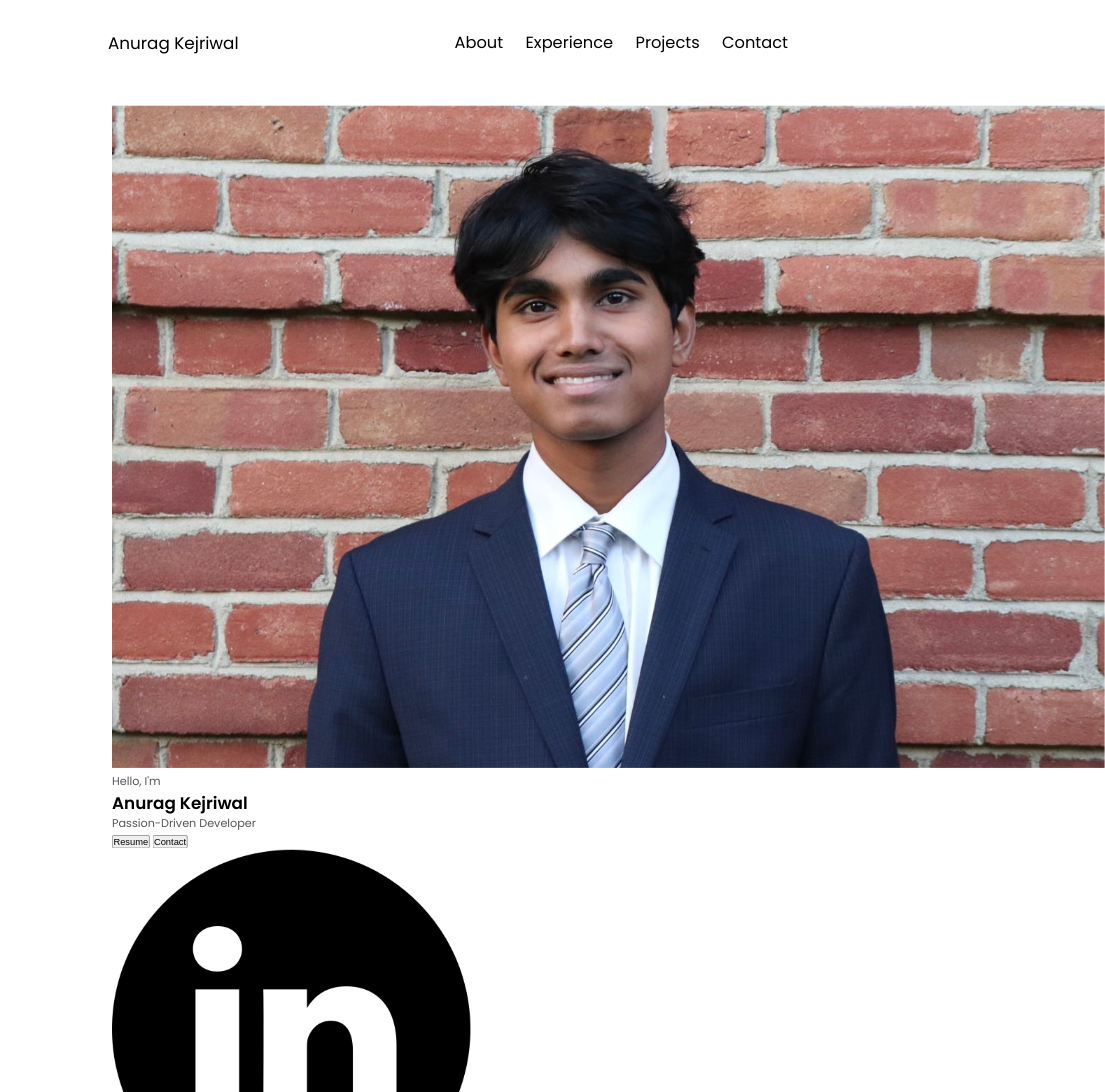
Repository: anuragkej/OldPortfolio
Page: index.html
These files come from the project's save history. The page is drawn as it stood at one moment and after the next save; the edit follows.
The browser window is 1280 px wide. The page is 1578 px wide, then 1280 px, so the pictures cover 1578 px, including what lies to the right of the window. The pictures show the part of the page from y = 0 to 1560 px (the page is 2252 px tall before and 720 px after), at 70% of full size.

Above is the page before, as saved 2024-05-25 21:08:01.

### index.html
<!DOCTYPE html>
<html lang="en">
<head>
    <meta charset="UTF-8">
    <meta name="viewport" content="width=device-width, initial-scale=1.0">
    <title>Personal Portfolio</title>
    <link rel="stylesheet" href="style.css">
    <link rel="stylesheet" href="mediaqueries.css">
</head>
<body>
    <nav id="desktop-nav">
        <div class="logo">Anurag Kejriwal</div>
        <div>
            <ul class="nav-links">
                <li><a href="#about">About</a></li>
                <li><a href="#experience">Experience</a></li>
                <li><a href="#projects">Projects</a></li>
                <li><a href="#contact">Contact</a></li>
            </ul>
        </div>
    </nav>
    <nav id="hamburger-nav">
        <div class="logo">Anurag Kejriwal</div>
        <div class="hamburger-menu">
            <div class="hamburger-icon" onclick="toggleMenu()">
                <span></span>
                <span></span>
                <span></span>
            </div>
            <div class="menu-links">
                <li><a href="#about" onclick="toggleMenu()" >About</a></li>
                <li><a href="#experience" onclick="toggleMenu()">Experience</a></li>
                <li><a href="#projects" onclick="toggleMenu()">Projects</a></li>
                <li><a href="#contact" onclick="toggleMenu()">Contact</a></li>
            </div>
        </div>
    </nav>
    <section id="profile">
        <div class="section_pic-container">
            <img src="./assets/20231026_132825_F9CEAA.jpeg" alt="Anurag Kejriwal profile picture">
        </div>
        <div class="section__text">
            <p class="section__text__p1">Hello, I'm</p>
            <h1 class="title">Anurag Kejriwal</h1>
            <p class="section__text__p2">Passion-Driven Developer</p>
            <div class="btn-container">
                <button class="btn btn-color-2"
                onclick="window.open('./assets/AnuragKejriwalResume_2026.pdf')">Resume</button>
                <button class="btn btn-color-1"
                onclick="location.href='./#contact'">Contact</button>
            </div>
            <div id="socials-container">
                <img src="./assets/linkedin.png" alt="My LinkedIn Profile"
                class ="icon" onclick="location.href='https://linkedin.com/in/anuragkejriwal1/'">
                <img src="./assets/github.png" alt="My Github Profile"
                class ="icon" onclick="location.href='https://github.com/anuragkej'">
            </div>
        </div>
    </section>
    <script src="script.js"></script>

</body>
</html>

### style.css
/* General */

@import url('https://fonts.googleapis.com/css2?family=Poppins:wght@300;400;500;600&display=swap');
*{
    margin: 0;
    padding: 0;
}

body{
    font-family: "Poppins", sans-serif;
}

html{
    scroll-behavior: smooth;
}

p{
    color: rgb(85, 85, 85);
}

/* Transition */
/* all the links, with button*/

a,
.btn{
    transition: all 300ms ease;
}

/*Desktop navigation */

nav, .nav-links {
    display: flex;
}

nav{
    justify-content: space-around;
    align-items: center;
    height: 17vh;
}

.nav-links{
    gap: 2rem;
    list-style: none;
    font-size: 1.45rem;
}

a{
    color: black;
    text-decoration: none;
    text-decoration-color: white;

}

a:hover{
    color: grey;
    text-decoration: underline;
    text-underline-offset: 0.7rem;
    text-decoration-color: rgb(181, 181, 181);
}

.logo{
    font-size: 1.5rem
}

.logo:hover{
    cursor:default;
}

/*Hamburger menu */

#hamburger-nav{
    display: none;
}

.hamburger-menu{
    position: relative;
    display: inline-block;
}

.hamburger-icon{
    display: flex;
    flex-direction: column;
    justify-content: space-between;
    height: 24px;
    width: 30px;
    cursor: pointer;
}

.hamburger-icon span{
    width: 100%;
    height: 2px;
    background-color: black;
    transition: all 0.3 ease-in-out;
}

.menu-links{
    position: absolute;
    top: 100%;
    right: 0%;
    background-color: white;
    width: fit-content;
    max-height: 0;
    overflow: hidden;
    transition: all 0.3 ease-in-out;
}

.menu-links a{
    display: block;
    padding: 10px;
    text-align: center;
    font-size: 1.5rem;
    color:black;
    text-decoration: none;
    transition: all 0.3 ease-in-out;

}

.menu-links li{
    list-style: none;
}

.menu-links.open{
    max-height: 300px;
}

.hamburger-icon.open span:first-child{
    transform: rotate(45deg) translate(10px, 5px);
}
.hamburger-icon.open span:nth-child(2){
    opacity: 0;
}
.hamburger-icon.open span:last-child{
    transform: rotate(-45deg) translate(10px, -5px);
}

.hamburger-icon span:first-child{
    transform: none;
}
.hamburger-icon span:first-child{
    opacity: 1;
}
.hamburger-icon span:first-child{
    transform: none;
}

/*Sections*/

section{
    padding-top: 4vh;
    height: 96vh;
    margin: 0 10rem;
    box-sizing: border-box;
    min-height: fit-content;
}
/* General */

@import url('https://fonts.googleapis.com/css2?family=Poppins:wght@300;400;500;600&display=swap');
*{
    margin: 0;
    padding: 0;
}

body{
    font-family: "Poppins", sans-serif;
}

html{
    scroll-behavior: smooth;
}

p{
    color: rgb(85, 85, 85);
}

/* Transition */
/* all the links, with button*/

a,
.btn{
    transition: all 300ms ease;
}

/*Desktop navigation */

nav, .nav-links {
    display: flex;
}

nav{
    justify-content: space-around;
    align-items: center;
    height: 17vh;
}

.nav-links{
    gap: 2rem;
    list-style: none;
    font-size: 1.45rem;
}

a{
    color: black;
    text-decoration: none;
    text-decoration-color: white;

}

a:hover{
    color: grey;
    text-decoration: underline;
    text-underline-offset: 0.7rem;
    text-decoration-color: rgb(181, 181, 181);
}

.logo{
    font-size: 1.5rem
}

.logo:hover{
    cursor:default;
}

/*Hamburger menu */

#hamburger-nav{
    display: none;
}

.hamburger-menu{
    position: relative;
    display: inline-block;
}

.hamburger-icon{
    display: flex;
    flex-direction: column;
    justify-content: space-between;
    height: 24px;
    width: 30px;
    cursor: pointer;
}

.hamburger-icon span{
    width: 100%;
    height: 2px;
    background-color: black;
    transition: all 0.3 ease-in-out;
}

.menu-links{
    position: absolute;
    top: 100%;
    right: 0%;
    background-color: white;
    width: fit-content;
    max-height: 0;
    overflow: hidden;
    transition: all 0.3 ease-in-out;
}

.menu-links a{
    display: block;
    padding: 10px;
    text-align: center;
    font-size: 1.5rem;
    color:black;
    text-decoration: none;
    transition: all 0.3 ease-in-out;

}

.menu-links li{
    list-style: none;
}

.menu-links.open{
    max-height: 300px;
}

.hamburger-icon.open span:first-child{
    transform: rotate(45deg) translate(10px, 5px);
}
.hamburger-icon.open span:nth-child(2){
    opacity: 0;
}
.hamburger-icon.open span:last-child{
    transform: rotate(-45deg) translate(10px, -5px);
}

.hamburger-icon span:first-child{
    transform: none;
}
.hamburger-icon span:first-child{
    opacity: 1;
}
.hamburger-icon span:first-child{
    transform: none;
}

### mediaqueries.css
@media screen and (max-width: 1200px) {
    #desktop-nav {
        display: none;
    }
    #hamburger-nav{
        display: flex;
    }
}

### script.js
function toggleMenu(){
    const menu = document.querySelector(".menu-links");
    const icon = document.querySelector(".hamburger-icon");
    menu.classList.toggle("open");
    icon.classList.toggle("open");
}
function toggleMenu(){
    const menu = document.querySelector(".menu-links");
    const icon = document.querySelector(".hamburger-icon");
    menu.classList.toggle("open");
    icon.classList.toggle("open");
}

After the next save:
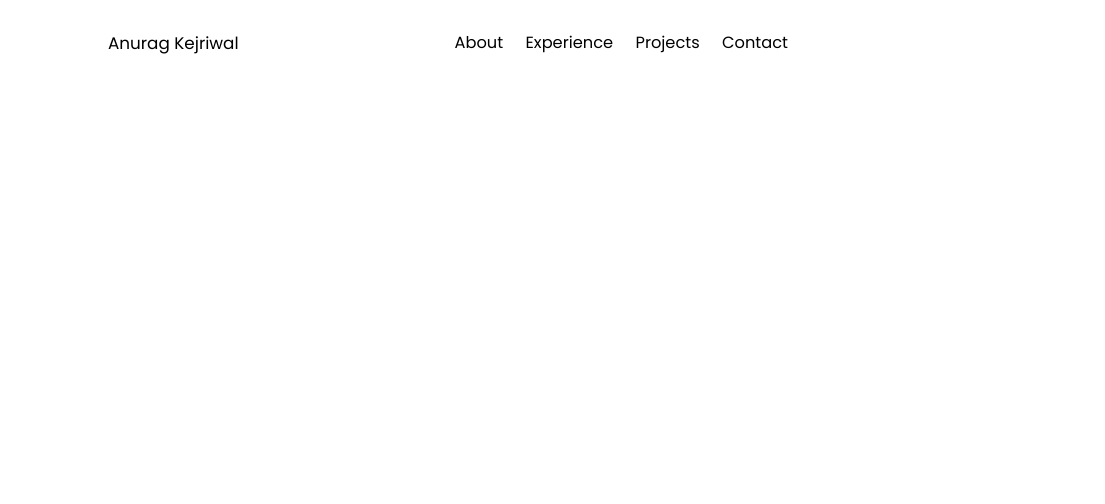
Saved 59 s later.
--- a/style.css
+++ b/style.css
@@ -152,147 +152,15 @@
     box-sizing: border-box;
     min-height: fit-content;
 }
-/* General */
 
-@import url('https://fonts.googleapis.com/css2?family=Poppins:wght@300;400;500;600&display=swap');
-*{
-    margin: 0;
-    padding: 0;
-}
-
-body{
-    font-family: "Poppins", sans-serif;
-}
-
-html{
-    scroll-behavior: smooth;
-}
-
-p{
-    color: rgb(85, 85, 85);
-}
-
-/* Transition */
-/* all the links, with button*/
-
-a,
-.btn{
-    transition: all 300ms ease;
-}
-
-/*Desktop navigation */
-
-nav, .nav-links {
+.section-container{
     display: flex;
 }
 
-nav{
-    justify-content: space-around;
-    align-items: center;
-    height: 17vh;
+/*Profile Section*/
+#profile{
+    display: none;
+    justify-content: center;
+    gap: 5rem;
+    height: 80vh;
 }
-
-.nav-links{
-    gap: 2rem;
-    list-style: none;
-    font-size: 1.45rem;
-}
-
-a{
-    color: black;
-    text-decoration: none;
-    text-decoration-color: white;
-
-}
-
-a:hover{
-    color: grey;
-    text-decoration: underline;
-    text-underline-offset: 0.7rem;
-    text-decoration-color: rgb(181, 181, 181);
-}
-
-.logo{
-    font-size: 1.5rem
-}
-
-.logo:hover{
-    cursor:default;
-}
-
-/*Hamburger menu */
-
-#hamburger-nav{
-    display: none;
-}
-
-.hamburger-menu{
-    position: relative;
-    display: inline-block;
-}
-
-.hamburger-icon{
-    display: flex;
-    flex-direction: column;
-    justify-content: space-between;
-    height: 24px;
-    width: 30px;
-    cursor: pointer;
-}
-
-.hamburger-icon span{
-    width: 100%;
-    height: 2px;
-    background-color: black;
-    transition: all 0.3 ease-in-out;
-}
-
-.menu-links{
-    position: absolute;
-    top: 100%;
-    right: 0%;
-    background-color: white;
-    width: fit-content;
-    max-height: 0;
-    overflow: hidden;
-    transition: all 0.3 ease-in-out;
-}
-
-.menu-links a{
-    display: block;
-    padding: 10px;
-    text-align: center;
-    font-size: 1.5rem;
-    color:black;
-    text-decoration: none;
-    transition: all 0.3 ease-in-out;
-
-}
-
-.menu-links li{
-    list-style: none;
-}
-
-.menu-links.open{
-    max-height: 300px;
-}
-
-.hamburger-icon.open span:first-child{
-    transform: rotate(45deg) translate(10px, 5px);
-}
-.hamburger-icon.open span:nth-child(2){
-    opacity: 0;
-}
-.hamburger-icon.open span:last-child{
-    transform: rotate(-45deg) translate(10px, -5px);
-}
-
-.hamburger-icon span:first-child{
-    transform: none;
-}
-.hamburger-icon span:first-child{
-    opacity: 1;
-}
-.hamburger-icon span:first-child{
-    transform: none;
-}
